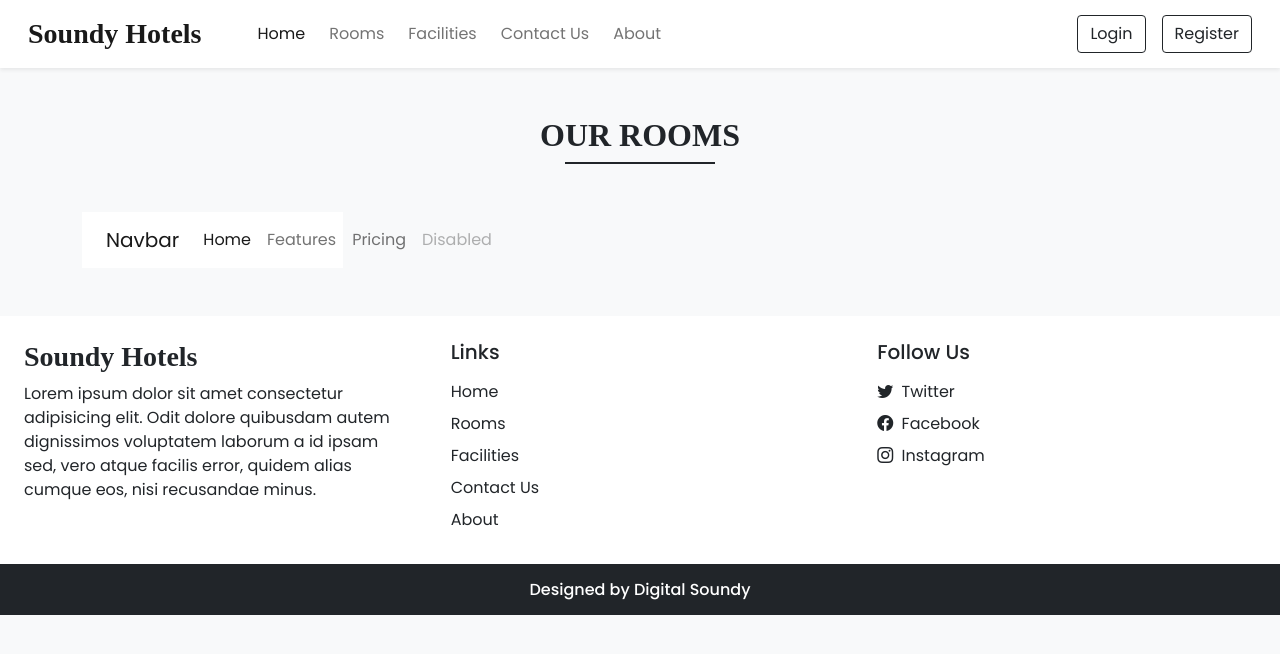
Repository: spencersoundy/Hotel-Booking-App
Page: http://localhost/rooms.php
An editor plug-in stored every save of this project. The page is shown before and after the next save, followed by the edit.
The browser window is 1280 px wide. The pictures show the whole page.
Some web fonts or font styles are not loaded; a fallback is used. The page is run by PHP 8.4 with error messages shown; the project is at /var/www/html/.

Above is the page before, as saved 2023-08-05 00:27:42.

After the next save:
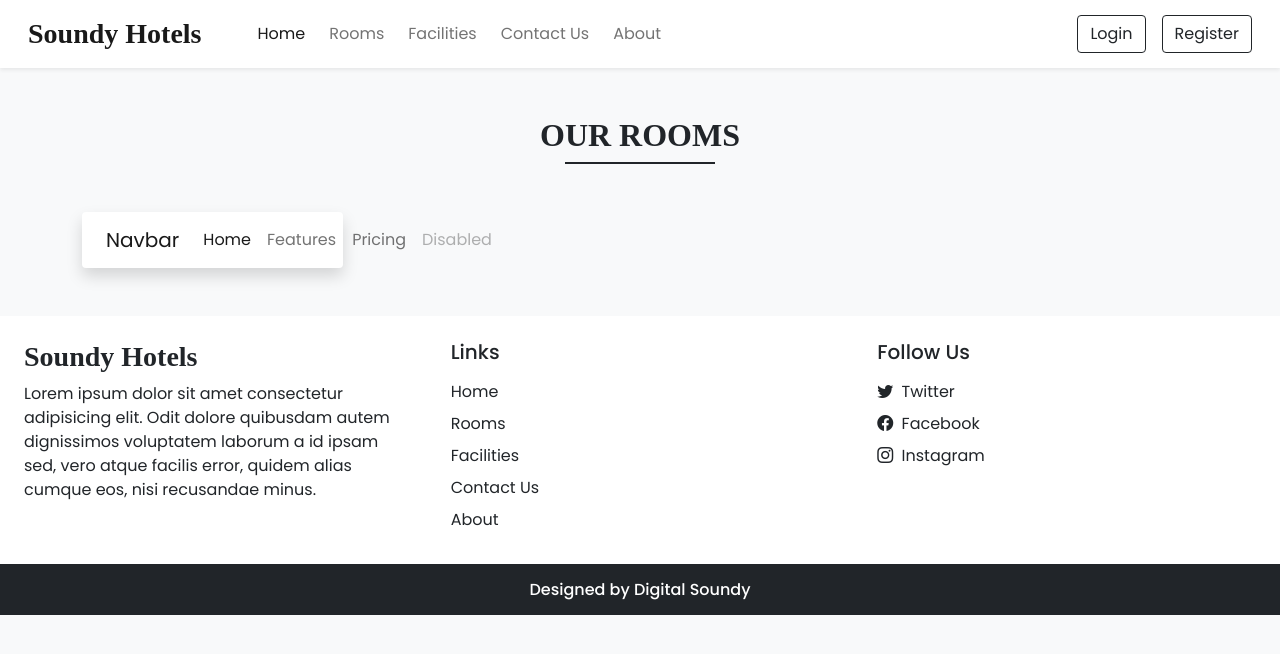
Saved 9 s later.
--- a/rooms.php
+++ b/rooms.php
@@ -20,7 +20,7 @@
     <div class="row">
 
        <div class="col-lg-3">
-        <nav class="navbar navbar-expand-lg navbar-light bg-white">
+        <nav class="navbar navbar-expand-lg navbar-light bg-white rounded shadow">
             <div class="container-fluid">
                 <a class="navbar-brand" href="#">Navbar</a>
                 <button class="navbar-toggler" type="button" data-bs-toggle="collapse" data-bs-target="#navbarNav" aria-controls="navbarNav" aria-expanded="false" aria-label="Toggle navigation">
